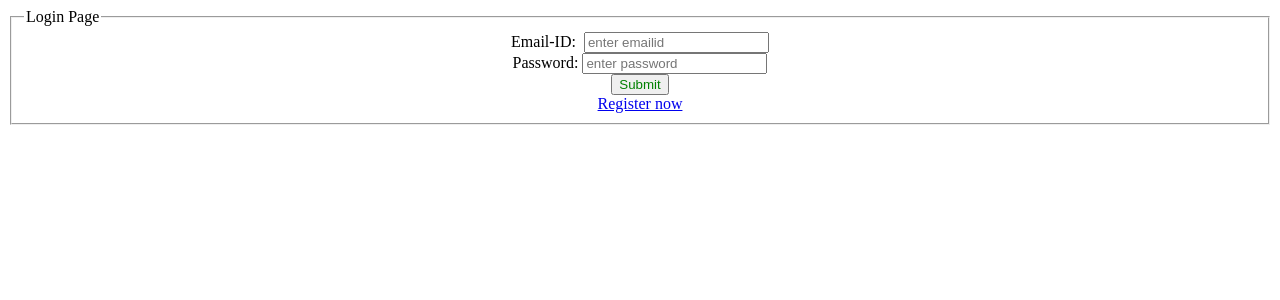
Repository: Tharungandhi/ServeltProject
Page: ServletJDBCApp/WebContent/login.html
These files come from the project's save history. The page is drawn as it stood at one moment and after the next save; the edit follows.
The browser window is 1280 px wide. The pictures show the whole page.

Above is the page before, as saved 2019-01-24 04:51:35.

### ServletJDBCApp/WebContent/login.html
<!DOCTYPE html>
<html>
<head>
<meta charset="UTF-8">
<title>Login Page</title>
</head>
<body>
<form action="login" method="post">

<fieldset>
<legend> Login Page</legend>
<div align="center">
<div>
<label>Email-ID:</label>
&nbsp;<input type="email" name="emailid"  placeholder="enter emailid" value="" required/> </div>
<div>
<label>Password:</label>
<input type="password" name="password"  placeholder="enter password" value="" required/> </div>
<input style='color: green' type="submit" name="submit"/>
<div>
<a href=registration.html> Register now </a> </div>
</div>
</fieldset>
</form>
</body>
</html>

After the next save:
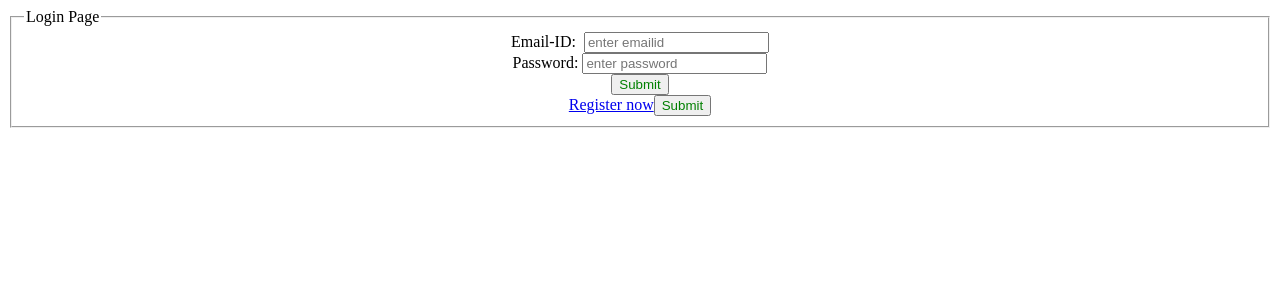
Saved 3 min 14 s later.
--- a/ServletJDBCApp/WebContent/login.html
+++ b/ServletJDBCApp/WebContent/login.html
@@ -18,7 +18,7 @@
 <input type="password" name="password"  placeholder="enter password" value="" required/> </div>
 <input style='color: green' type="submit" name="submit"/>
 <div>
-<a href=registration.html> Register now </a> </div>
+<a href=registration.html> Register now<input style='color: green' type="submit" name="Register"/> </a> </div>
 </div>
 </fieldset>
 </form>
